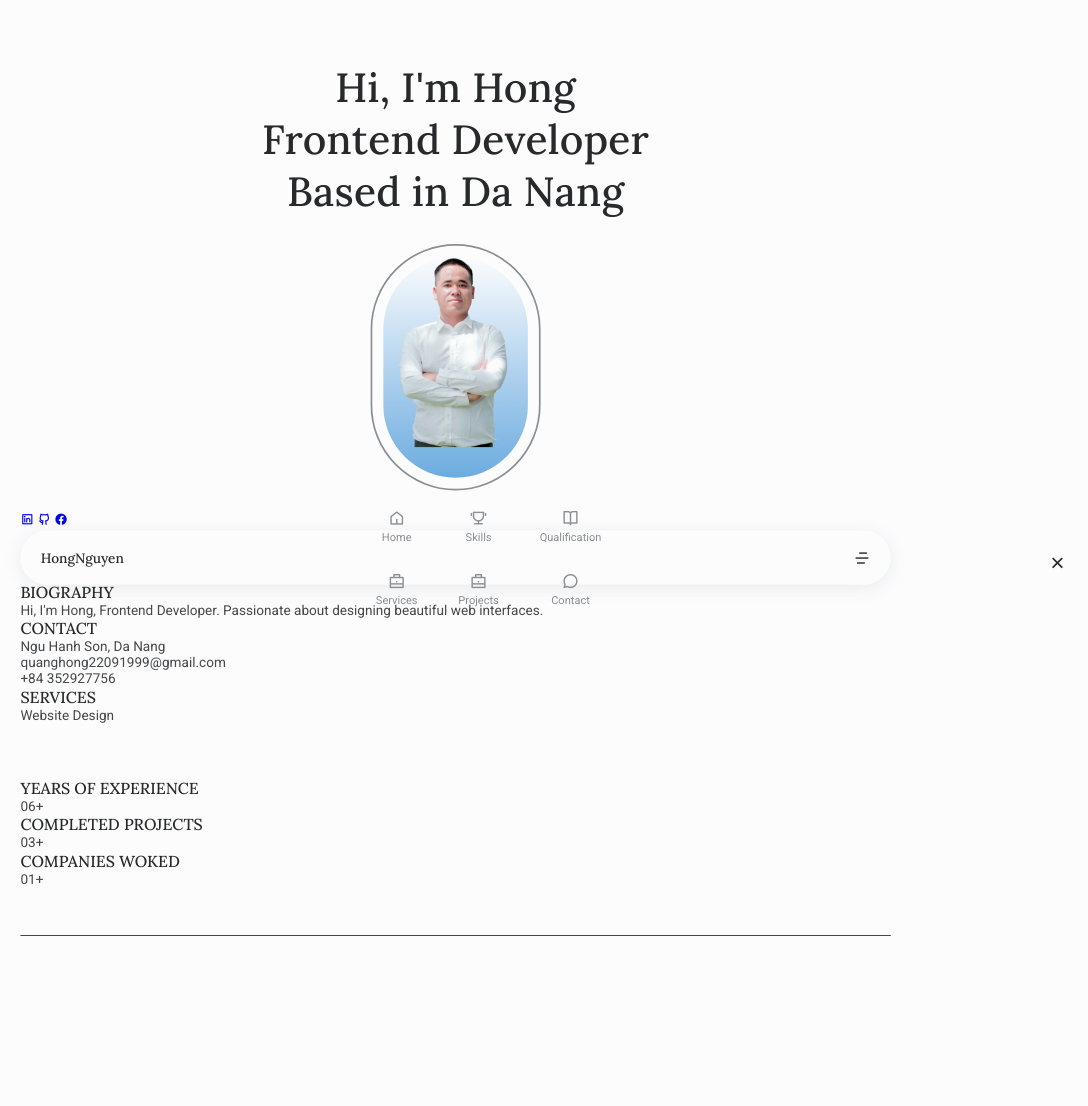
Repository: hnguyeng/myportfoliohongnguyen
Page: index.html
The author's editor kept a copy of each file at every save. The page is drawn from the files as they stood at one save, then again after the next save.
The browser window is 1280 px wide. The pictures show the whole page, at 85% of full size.
Some web libraries are served in a nearby version.

Above is the page before, as saved 2023-07-17 13:45:22.

After the next save:
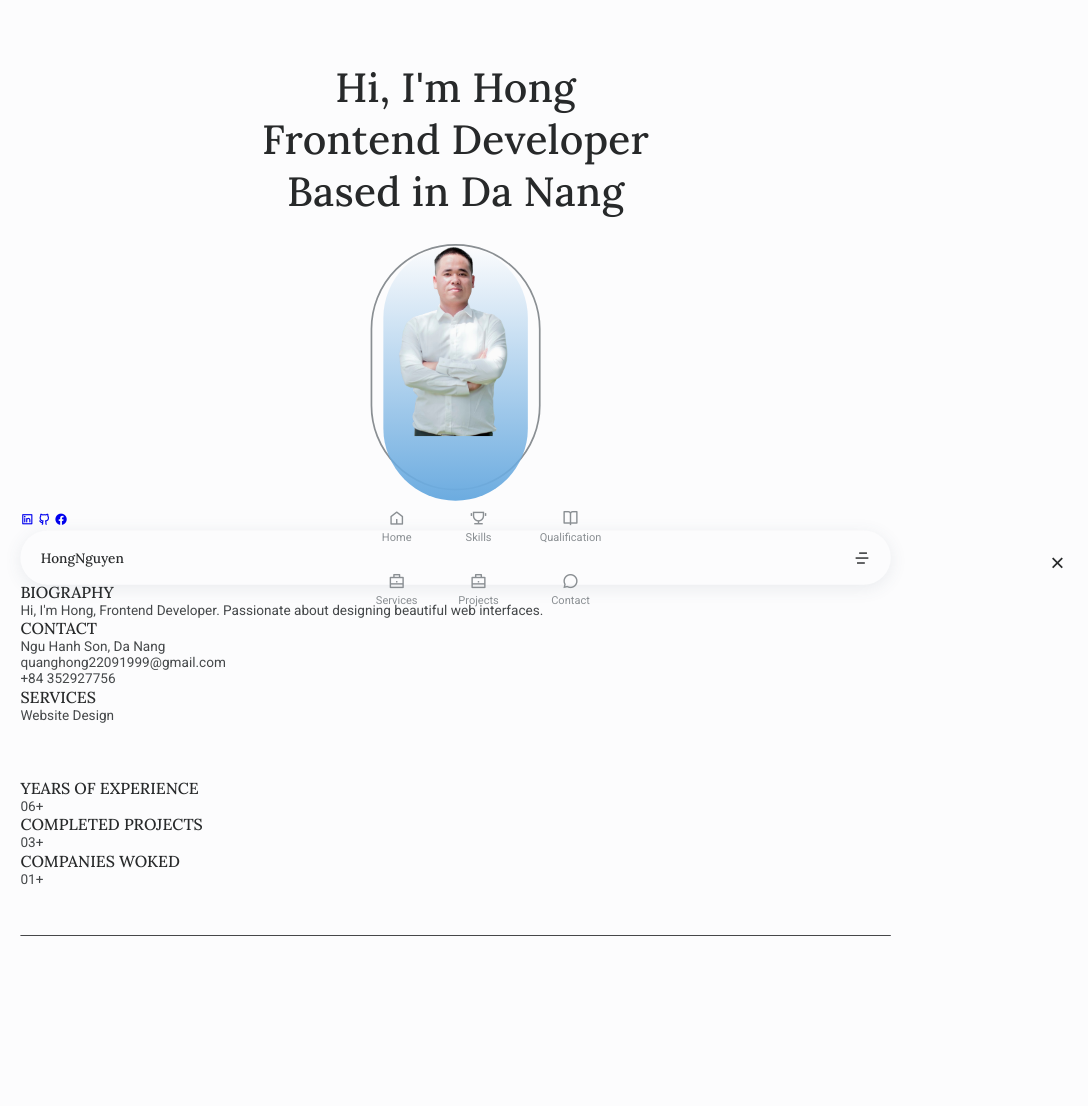
Saved 55 s later.
--- a/assets/css/style.css
+++ b/assets/css/style.css
@@ -215,7 +215,7 @@
 }
 .home__perfil{
     width: 170px;
-    height: 260px;
+    height: 300px;
     background: var(--gradient-color);
     border-radius: 5.5rem;
     overflow: hidden;

After the save that followed:
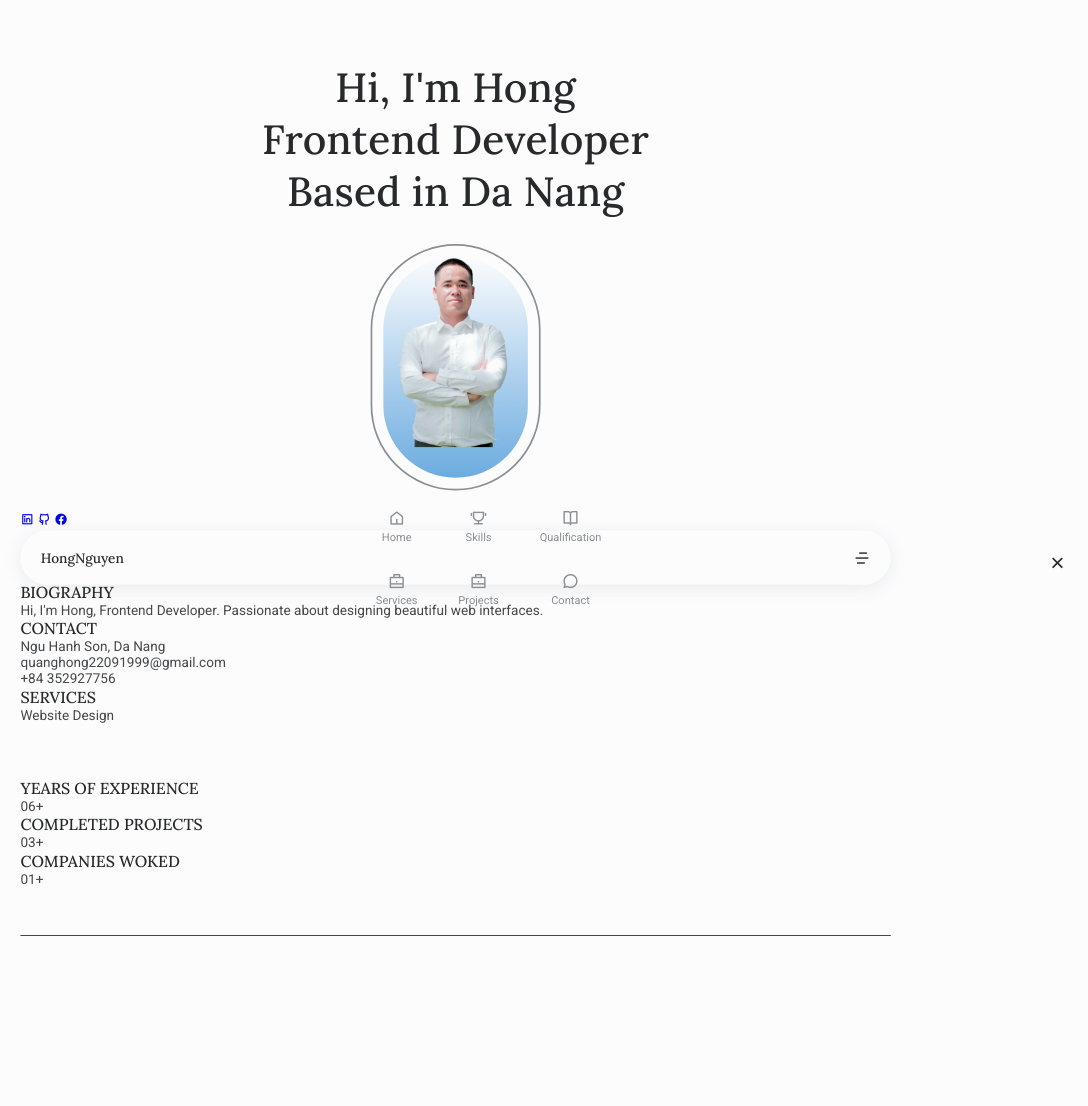
Saved 23 s later.
--- a/assets/css/style.css
+++ b/assets/css/style.css
@@ -215,7 +215,7 @@
 }
 .home__perfil{
     width: 170px;
-    height: 300px;
+    height: 260px;
     background: var(--gradient-color);
     border-radius: 5.5rem;
     overflow: hidden;
